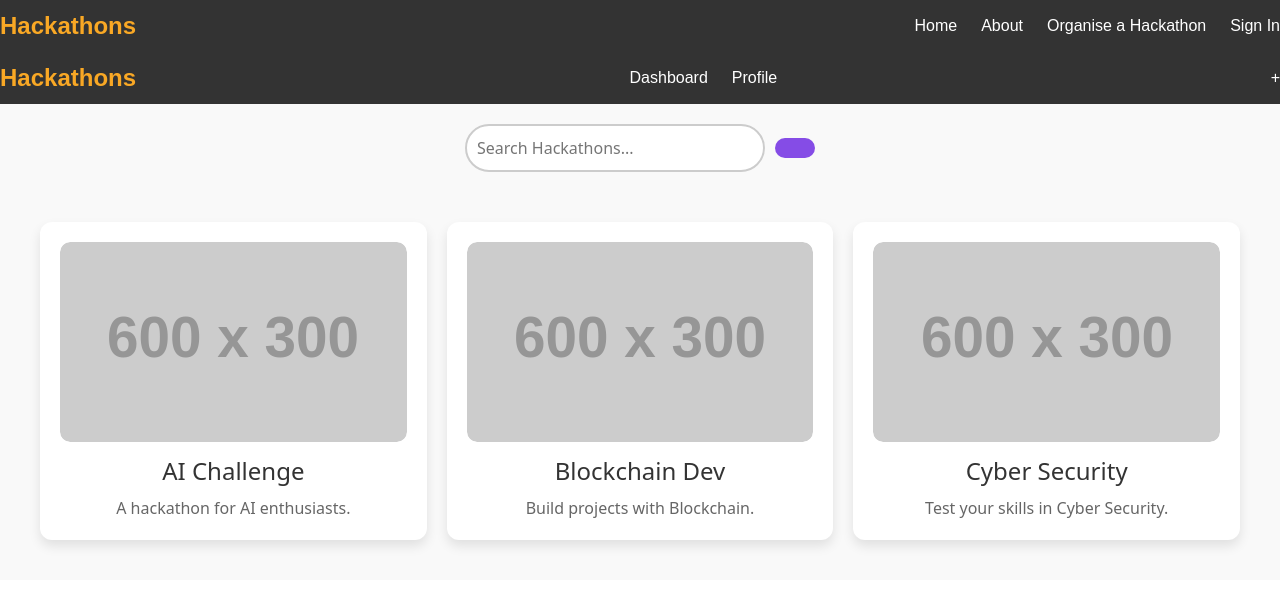
Repository: Ken-Kanike/RUBIX25_41_TECHTITANS
Page: /dashboard (app in backend/client/)
An editor plug-in stored every save of this project. The page is shown before and after the next save, followed by the edit.
The browser window is 1280 px wide. The pictures show the whole page.
The project was rebuilt for these pictures with package versions that can differ from the ones it lists, and the page was loaded fresh each time. Also part of the build but not shown: backend/client/src/homepage.js, backend/client/src/signin.js.

Above is the page before, as saved 2025-01-23 01:46:23.

After the next save:
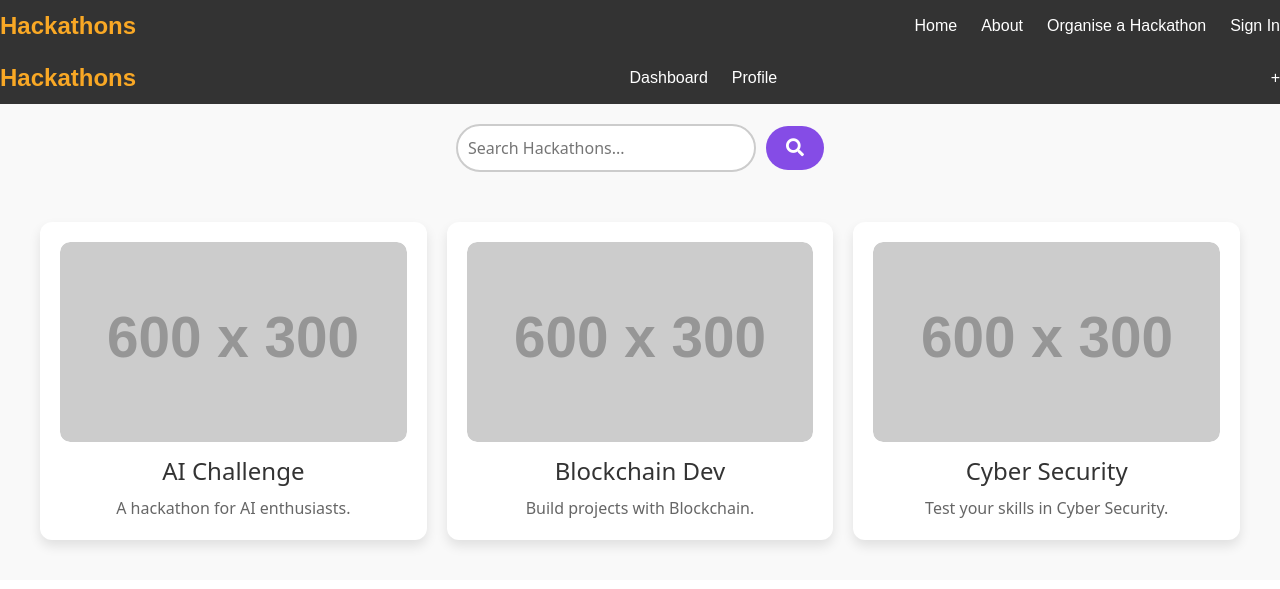
Saved 91 s later.
--- a/backend/client/public/index.html
+++ b/backend/client/public/index.html
@@ -17,6 +17,10 @@
     <link rel="manifest" href="%PUBLIC_URL%/manifest.json" /> -->
 
     <title>React App</title>
+    <link
+      href="https://cdnjs.cloudflare.com/ajax/libs/font-awesome/5.15.3/css/all.min.css"
+      rel="stylesheet"
+    />
   </head>
   <body>
     <noscript>You need to enable JavaScript to run this app.</noscript>
